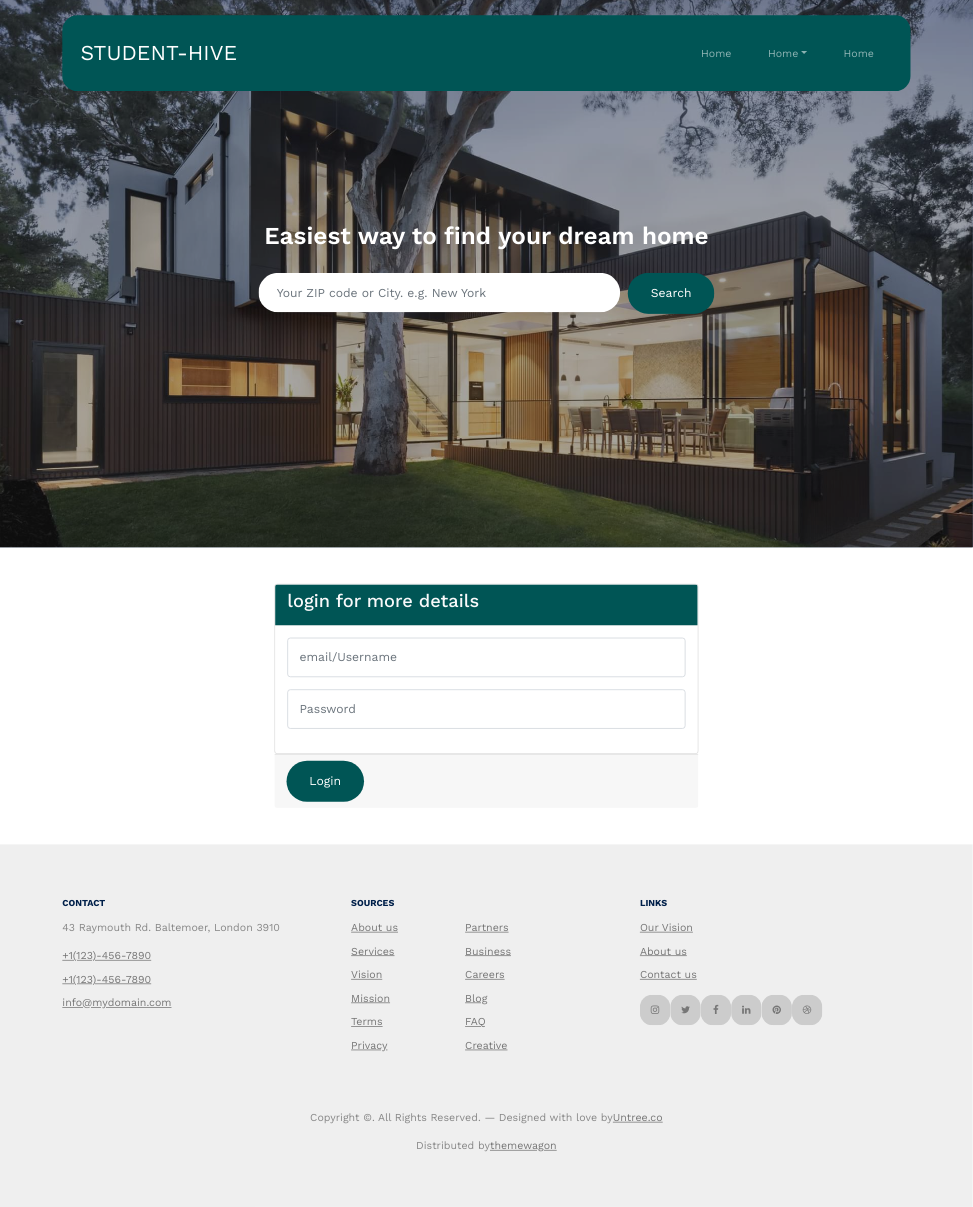
Repository: Farhan0021/Rentalproject
Page: /seeker/login (app in front/)
These files come from the project's save history. The page is drawn as it stood at one moment and after the next save; the edit follows.
The browser window is 1280 px wide. The pictures show the whole page, at 76% of full size.
The project was rebuilt for these pictures with package versions that can differ from the ones it lists, and the page was loaded fresh each time. Also part of the build but not shown: front/vite.config.js, front/src/pages/Home.jsx, front/src/schema/SeekerSignupSchema.jsx, front/src/pages/seekers/Signup.jsx, front/src/pages/owner/Login.jsx, front/src/schema/OwnerSignupSchema.jsx, front/src/pages/owner/Signup.jsx.

Above is the page before, as saved 2025-04-30 12:17:33.
Console error: TypeError: Cannot read properties of null (reading 'style')

### front/index.html
<!doctype html>
<html lang="en">
  <head>
    <meta charset="UTF-8" />
    <link rel="icon" type="image/svg+xml" href="/vite.svg" />
    <meta name="viewport" content="width=device-width, initial-scale=1.0" />
    <title>Vite + React</title>
    <link rel="preconnect" href="https://fonts.googleapis.com" />
    <link rel="preconnect" href="https://fonts.gstatic.com" crossorigin />
    <link
      href="https://fonts.googleapis.com/css2?family=Work+Sans:wght@400;500;600;700&display=swap"
      rel="stylesheet"
    />

    <link rel="stylesheet" href="/Assets/fonts/icomoon/style.css" />
    <link rel="stylesheet" href="/Assets/fonts/flaticon/font/flaticon.css" />

    <link rel="stylesheet" href="/Assets/css/tiny-slider.css" />
    <link rel="stylesheet" href="/Assets/css/aos.css" />
    <link rel="stylesheet" href="/Assets/css/style.css" />
  </head>
  <body>
    <div id="root"></div>
    <script type="module" src="/src/main.jsx"></script>

    <script src="/Assets/js/bootstrap.bundle.min.js"></script>
    <script src="/Assets/js/tiny-slider.js"></script>
    <script src="/Assets/js/aos.js"></script>
    <script src="/Assets/js/navbar.js"></script>
    <script src="/Assets/js/counter.js"></script>
    <script src="/Assets/js/custom.js"></script>
  </body>
  </body>
</html>

### front/src/main.jsx
import { StrictMode } from 'react'
import { createRoot } from 'react-dom/client'
import App from './App'
import { BrowserRouter } from 'react-router-dom'


createRoot(document.getElementById('root')).render(
  <StrictMode>
    <BrowserRouter>
    <App />
    </BrowserRouter>
  </StrictMode>,
)

### front/src/App.jsx
import React from 'react'
import HeaderNew from './components/HeaderNew'
import Slider from './components/Slider'
import Footer from './components/Footer'
import AllRoutes from './routes/AllRoutes'

const App = () => {
  return (
    <>

    {/* <Header/> */}
    <HeaderNew/>
    <Slider/>
    <AllRoutes/>
    <Footer/>

     </>
  )
}

export default App

### front/src/components/HeaderNew.jsx
import React from'react'
import {NavLink} from 'react-router-dom'

const HeaderNew = () => {
    return (

    <div className="container fixed-top" style={{top:"20px" }}>
     <nav className='navbar navbar-expand-sm navbar-dark bg-green p-4' style={{borderRadius : "20px"}}>
          <NavLink className="navbar-brand" style={{fontSize : "28px"}} to='/'>STUDENT-HIVE</NavLink>
              <button className='navbar-toggler' data-bs-toggle="collapse" data-bs-target="#menu"
>
                   <span className='navbar-toggler-icon'></span>
             </button>
             <div className='collapse navbar-collapse justify-content-end' id='menu'>
                <ul className='nav navbar-nav'>

                    <li className='nav-item '>
                        <NavLink className="nav-link px-4 " to="/">Home</NavLink>
                    </li>
                    <li className='nav-item dropdown'>
                        <NavLink className="nav-link px-4 dropdown-toggle" to="/">Home</NavLink>
                    </li>
                    <li className='nav-item'>
                        <NavLink className="nav-link px-4" to="/">Home</NavLink>
                    </li>

                </ul>
             </div>

             </nav>
       </div>
    )
}

export default HeaderNew

### front/src/components/Slider.jsx
import React from 'react'

const Slider = () => {
    return (
        <div className="hero">
        <div className="hero-slide">
          <div
            className="img overlay"
            style={{backgroundImage: "url('/Assets/images/hero_bg_3.jpg')"}}
          ></div>

        </div>

        <div className="container">
          <div className="row justify-content-center align-items-center">
            <div className="col-lg-9 text-center">
              <h1 className="heading" data-aos="fade-up">
                Easiest way to find your dream home
              </h1>
              <form
                action="#"
                className="narrow-w form-search d-flex align-items-stretch mb-3"
                data-aos="fade-up"
                data-aos-delay="200"
              >
                <input
                  type="text"
                  className="form-control px-4"
                  placeholder="Your ZIP code or City. e.g. New York"
                />
                <button type="submit" className="btn btn-primary">Search</button>
              </form>
            </div>
          </div>
        </div>
      </div>

    )
}
export default Slider

### front/src/components/Footer.jsx
import React from 'react'

const Footer = () => {
    return (
        <div className="site-footer">
        <div className="container">
          <div className="row">
            <div className="col-lg-4">
              <div className="widget">
                <h3>Contact</h3>
                <address>43 Raymouth Rd. Baltemoer, London 3910</address>
                <ul className="list-unstyled links">
                  <li><a href="tel://11234567890">+1(123)-456-7890</a></li>
                  <li><a href="tel://11234567890">+1(123)-456-7890</a></li>
                  <li>
                    <a href="mailto:info@mydomain.com">info@mydomain.com</a>
                  </li>
                </ul>
              </div>

            </div>

            <div className="col-lg-4">
              <div className="widget">
                <h3>Sources</h3>
                <ul className="list-unstyled float-start links">
                  <li><a href="#">About us</a></li>
                  <li><a href="#">Services</a></li>
                  <li><a href="#">Vision</a></li>
                  <li><a href="#">Mission</a></li>
                  <li><a href="#">Terms</a></li>
                  <li><a href="#">Privacy</a></li>
                </ul>
                <ul className="list-unstyled float-start links">
                  <li><a href="#">Partners</a></li>
                  <li><a href="#">Business</a></li>
                  <li><a href="#">Careers</a></li>
                  <li><a href="#">Blog</a></li>
                  <li><a href="#">FAQ</a></li>
                  <li><a href="#">Creative</a></li>
                </ul>
              </div>

            </div>

            <div className="col-lg-4">
              <div className="widget">
                <h3>Links</h3>
                <ul className="list-unstyled links">
                  <li><a href="#">Our Vision</a></li>
                  <li><a href="#">About us</a></li>
                  <li><a href="#">Contact us</a></li>
                </ul>

                <ul className="list-unstyled social">
                  <li>
                    <a href="#"><span className="icon-instagram"></span></a>
                  </li>
                  <li>
                    <a href="#"><span className="icon-twitter"></span></a>
                  </li>
                  <li>
                    <a href="#"><span className="icon-facebook"></span></a>
                  </li>
                  <li>
                    <a href="#"><span className="icon-linkedin"></span></a>
                  </li>
                  <li>
                    <a href="#"><span className="icon-pinterest"></span></a>
                  </li>
                  <li>
                    <a href="#"><span className="icon-dribbble"></span></a>
                  </li>
                </ul>
              </div>

            </div>

          </div>


          <div className="row mt-5">
            <div className="col-12 text-center">


              <p>
                Copyright &copy;
                <script>
                  document.write(new Date().getFullYear());
                </script>
                . All Rights Reserved. &mdash; Designed with love by
                <a href="https://untree.co">Untree.co</a>

              </p>
              <div>
                Distributed by
                <a href="https://themewagon.com/" target="_blank">themewagon</a>
              </div>
            </div>
          </div>
        </div>

      </div>

    )
}
export default Footer

### front/src/routes/AllRoutes.jsx
import React from 'react'
import { Routes, Route } from 'react-router-dom'
import {
    Home,
SeekerLogin,
SeekerSignup,
OwnerLogin,
OwnerSignup,
} from '../pages'

const AllRoutes = () => {
    return(
        <>
        <Routes>
            <Route path='' element= { <Home/>}/>
            <Route path='seeker/login' element={<SeekerLogin/>}/>
            <Route path='seeker/Signup' element={<SeekerSignup/>}/>

            <Route path='owner/Login' element={<OwnerLogin/>}/>
            <Route path='owner/Signup' element={<OwnerSignup/>}/>
        </Routes>

     </>

    )
}
export default AllRoutes

### front/src/pages/index.jsx
import Home from "./Home";
import SeekerLogin from "./seekers/Login"
import SeekerSignup from "./seekers/Signup";
import OwnerLogin from "./owner/Login"
import OwnerSignup from "./owner/Signup"

export {Home,SeekerLogin,SeekerSignup,OwnerLogin,OwnerSignup};

### front/src/pages/seekers/Login.jsx
import React, { useEffect } from 'react'

const Login = () => {
  useEffect(()=>{
    window.scroll(0,0);
  },[])

    return (
        <div className="container" style={{minHeigh : "700px"}}>

        <div className="row"></div>
        <div className="col-md-6 offset-md-3 my-5">

         <div className="card">
            <div className="card-header bg-green">
                <h4 className='text-light'>login for more details</h4>
            </div>
            <div className="card-body">

              <div className="row">

                </div>
                <div className="col-12 mb-3">
                  <input
                    type="text"
                    className="form-control"
                    placeholder="email/Username"
                  />
                </div>
                <div className="col-12 mb-3">
                  <input
                    type="Password"
                    className="form-control"
                    placeholder="Password"
                  />
                </div>



              </div>

            </div>
            <div className="card-footer">
            <div className="col-12">
                  <input
                    type="submit"
                    value="Login"
                    className="btn btn-primary"
                  />
                </div>
            </div>
         </div>
        </div>

    )
}

export default Login

### front/public/Assets/css/tiny-slider.css
.tns-outer{padding:0 !important}.tns-outer [hidden]{display:none !important}.tns-outer [aria-controls],.tns-outer [data-action]{cursor:pointer}.tns-slider{-webkit-transition:all 0s;-moz-transition:all 0s;transition:all 0s}.tns-slider>.tns-item{-webkit-box-sizing:border-box;-moz-box-sizing:border-box;box-sizing:border-box}.tns-horizontal.tns-subpixel{white-space:nowrap}.tns-horizontal.tns-subpixel>.tns-item{display:inline-block;vertical-align:top;white-space:normal}.tns-horizontal.tns-no-subpixel:after{content:'';display:table;clear:both}.tns-horizontal.tns-no-subpixel>.tns-item{float:left}.tns-horizontal.tns-carousel.tns-no-subpixel>.tns-item{margin-right:-100%}.tns-no-calc{position:relative;left:0}.tns-gallery{position:relative;left:0;min-height:1px}.tns-gallery>.tns-item{position:absolute;left:-100%;-webkit-transition:transform 0s, opacity 0s;-moz-transition:transform 0s, opacity 0s;transition:transform 0s, opacity 0s}.tns-gallery>.tns-slide-active{position:relative;left:auto !important}.tns-gallery>.tns-moving{-webkit-transition:all 0.25s;-moz-transition:all 0.25s;transition:all 0.25s}.tns-autowidth{display:inline-block}.tns-lazy-img{-webkit-transition:opacity 0.6s;-moz-transition:opacity 0.6s;transition:opacity 0.6s;opacity:0.6}.tns-lazy-img.tns-complete{opacity:1}.tns-ah{-webkit-transition:height 0s;-moz-transition:height 0s;transition:height 0s}.tns-ovh{overflow:hidden}.tns-visually-hidden{position:absolute;left:-10000em}.tns-transparent{opacity:0;visibility:hidden}.tns-fadeIn{opacity:1;filter:alpha(opacity=100);z-index:0}.tns-normal,.tns-fadeOut{opacity:0;filter:alpha(opacity=0);z-index:-1}.tns-vpfix{white-space:nowrap}.tns-vpfix>div,.tns-vpfix>li{display:inline-block}.tns-t-subp2{margin:0 auto;width:310px;position:relative;height:10px;overflow:hidden}.tns-t-ct{width:2333.3333333%;width:-webkit-calc(100% * 70 / 3);width:-moz-calc(100% * 70 / 3);width:calc(100% * 70 / 3);position:absolute;right:0}.tns-t-ct:after{content:'';display:table;clear:both}.tns-t-ct>div{width:1.4285714%;width:-webkit-calc(100% / 70);width:-moz-calc(100% / 70);width:calc(100% / 70);height:10px;float:left}

### front/public/Assets/js/counter.js
(function () {

	'use trict';
// How long you want the animation to take, in ms
const animationDuration = 2000;
// Calculate how long each ‘frame’ should last if we want to update the animation 60 times per second
const frameDuration = 1000 / 60;
// Use that to calculate how many frames we need to complete the animation
const totalFrames = Math.round( animationDuration / frameDuration );
// An ease-out function that slows the count as it progresses
const easeOutQuad = t => t * ( 2 - t );


const numberWithCommas = n => {
	return n.toString().replace(/\B(?=(\d{3})+(?!\d))/g, ',');
}

// The animation function, which takes an Element
const animateCountUp = el => {
	let frame = 0;
	const countTo = parseInt( el.innerHTML, 10 );
	// Start the animation running 60 times per second
	const counter = setInterval( () => {
		frame++;
		// Calculate our progress as a value between 0 and 1
		// Pass that value to our easing function to get our
		// progress on a curve
		const progress = easeOutQuad( frame / totalFrames );
		// Use the progress value to calculate the current count
		const currentCount = Math.round( countTo * progress );

		// If the current count has changed, update the element
		if ( parseInt( el.innerHTML, 10 ) !== currentCount ) {
			el.innerHTML = numberWithCommas(currentCount);
		}

		// If we’ve reached our last frame, stop the animation
		if ( frame === totalFrames ) {
			clearInterval( counter );
		}
	}, frameDuration );
};

// Run the animation on all elements with a class of ‘countup’
const runAnimations = () => {
	const countupEls = document.querySelectorAll( '.countup' );
	countupEls.forEach( animateCountUp );
};




// In Viewed
var elements;
var windowHeight;

function init() {
	elements = document.querySelectorAll('.section-counter');
	windowHeight = window.innerHeight;
}

function checkPosition() {
	var i;
	for (i = 0; i < elements.length; i++) {
		var element = elements[i];
		var positionFromTop = elements[i].getBoundingClientRect().top;
		if (positionFromTop - windowHeight <= 0) {
			if( !element.classList.contains('viewed') ) {
				element.classList.add('viewed');
				runAnimations();
			} else {
				if ( element.classList.contains('viewed') ) {

				}
			}

		}
	}
}

window.addEventListener('scroll', checkPosition);
window.addEventListener('resize', init);

init();
checkPosition();


})()

### front/public/Assets/js/custom.js
(function () {

	'use strict'


	AOS.init({
		duration: 800,
		easing: 'slide',
		once: true
	});

	var preloader = function() {

		var loader = document.querySelector('.loader');
		var overlay = document.getElementById('overlayer');

		function fadeOut(el) {
			el.style.opacity = 1;
			(function fade() {
				if ((el.style.opacity -= .1) < 0) {
					el.style.display = "none";
				} else {
					requestAnimationFrame(fade);
				}
			})();
		};

		setTimeout(function() {
			fadeOut(loader);
			fadeOut(overlay);
		}, 200);
	};
	preloader();


	var tinySdlier = function() {

		var heroSlider = document.querySelectorAll('.hero-slide');
		var propertySlider = document.querySelectorAll('.property-slider');
		var imgPropertySlider = document.querySelectorAll('.img-property-slide');
		var testimonialSlider = document.querySelectorAll('.testimonial-slider');


		if ( heroSlider.length > 0 ) {
			var tnsHeroSlider = tns({
				container: '.hero-slide',
				mode: 'carousel',
				speed: 700,
				autoplay: true,
				controls: false,
				nav: false,
				autoplayButtonOutput: false,
				controlsContainer: '#hero-nav',
			});
		}


		if ( imgPropertySlider.length > 0 ) {
			var tnsPropertyImageSlider = tns({
				container: '.img-property-slide',
				mode: 'carousel',
				speed: 700,
				items: 1,
				gutter: 30,
				autoplay: true,
				controls: false,
				nav: true,
				autoplayButtonOutput: false
			});
		}

		if ( propertySlider.length> 0 ) {
			var tnsSlider = tns({
				container: '.property-slider',
				mode: 'carousel',
				speed: 700,
				gutter: 30,
				items: 3,
				autoplay: true,
				autoplayButtonOutput: false,
				controlsContainer: '#property-nav',
				responsive: {
					0: {
						items: 1
					},
					700: {
						items: 2
					},
					900: {
						items: 3
					}
				}
			});
		}


		if ( testimonialSlider.length> 0 ) {
			var tnsSlider = tns({
				container: '.testimonial-slider',
				mode: 'carousel',
				speed: 700,
				items: 3,
				gutter: 50,
				autoplay: true,
				autoplayButtonOutput: false,
				controlsContainer: '#testimonial-nav',
				responsive: {
					0: {
						items: 1
					},
					700: {
						items: 2
					},
					900: {
						items: 3
					}
				}
			});
		}
	}
	tinySdlier();



})()

Loaded but not shown: front/public/Assets/fonts/icomoon/style.css (common file); front/public/Assets/fonts/flaticon/font/flaticon.css (common file); front/public/Assets/css/aos.css (library); front/public/Assets/css/style.css (library); front/public/Assets/js/bootstrap.bundle.min.js (library); front/public/Assets/js/aos.js (library); front/public/Assets/js/tiny-slider.js (3208 lines, source omitted); front/public/Assets/js/navbar.js (90 lines, source omitted)

After the next save:
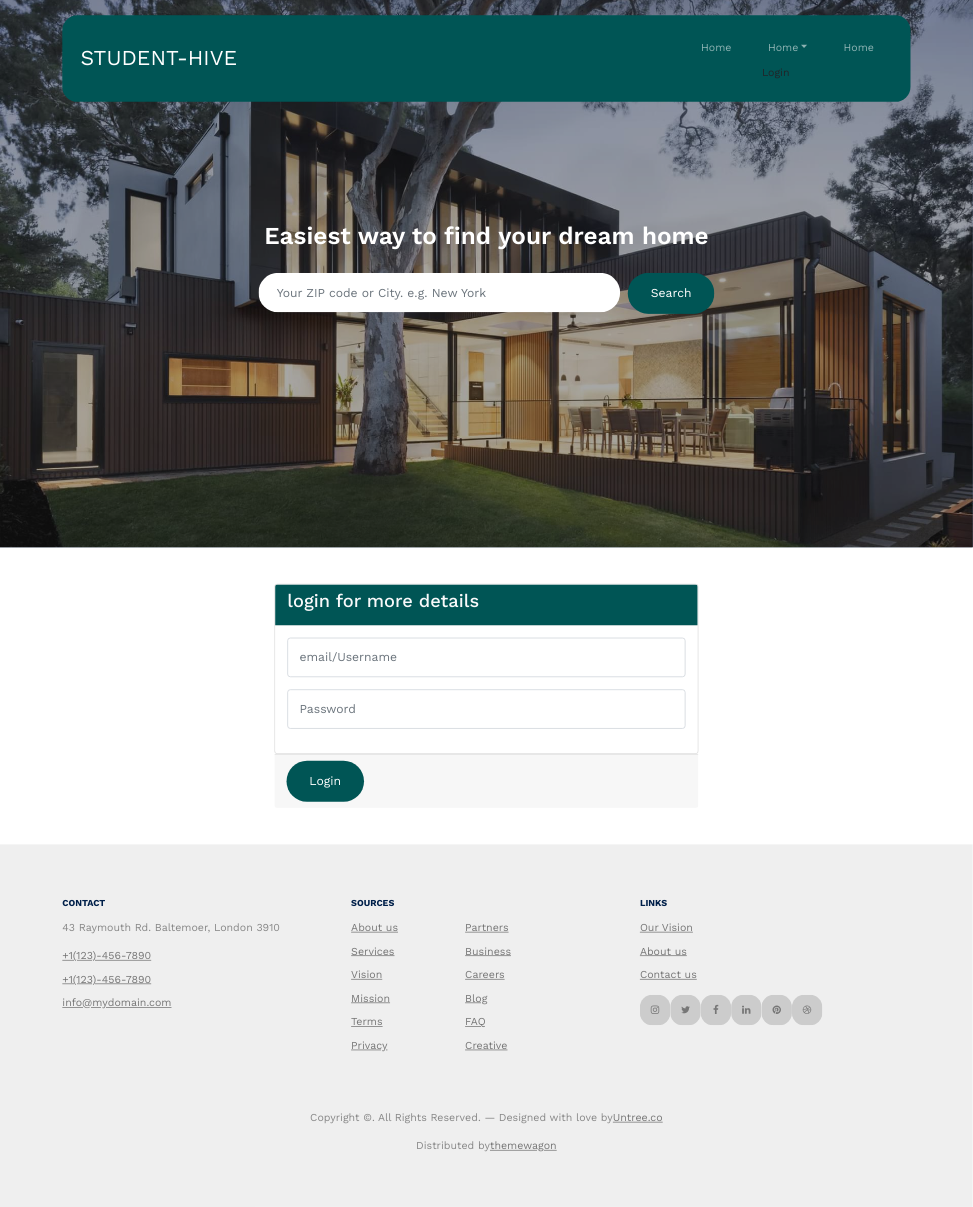
Saved 106 s later.
--- a/front/src/components/HeaderNew.jsx
+++ b/front/src/components/HeaderNew.jsx
@@ -19,6 +19,8 @@
                     </li>
                     <li className='nav-item dropdown'>
                         <NavLink className="nav-link px-4 dropdown-toggle" to="/">Home</NavLink>
+                        <div className="dropdown-item" to="">Login</div>
+
                     </li>
                     <li className='nav-item'>
                         <NavLink className="nav-link px-4" to="/">Home</NavLink>

After the save that followed:
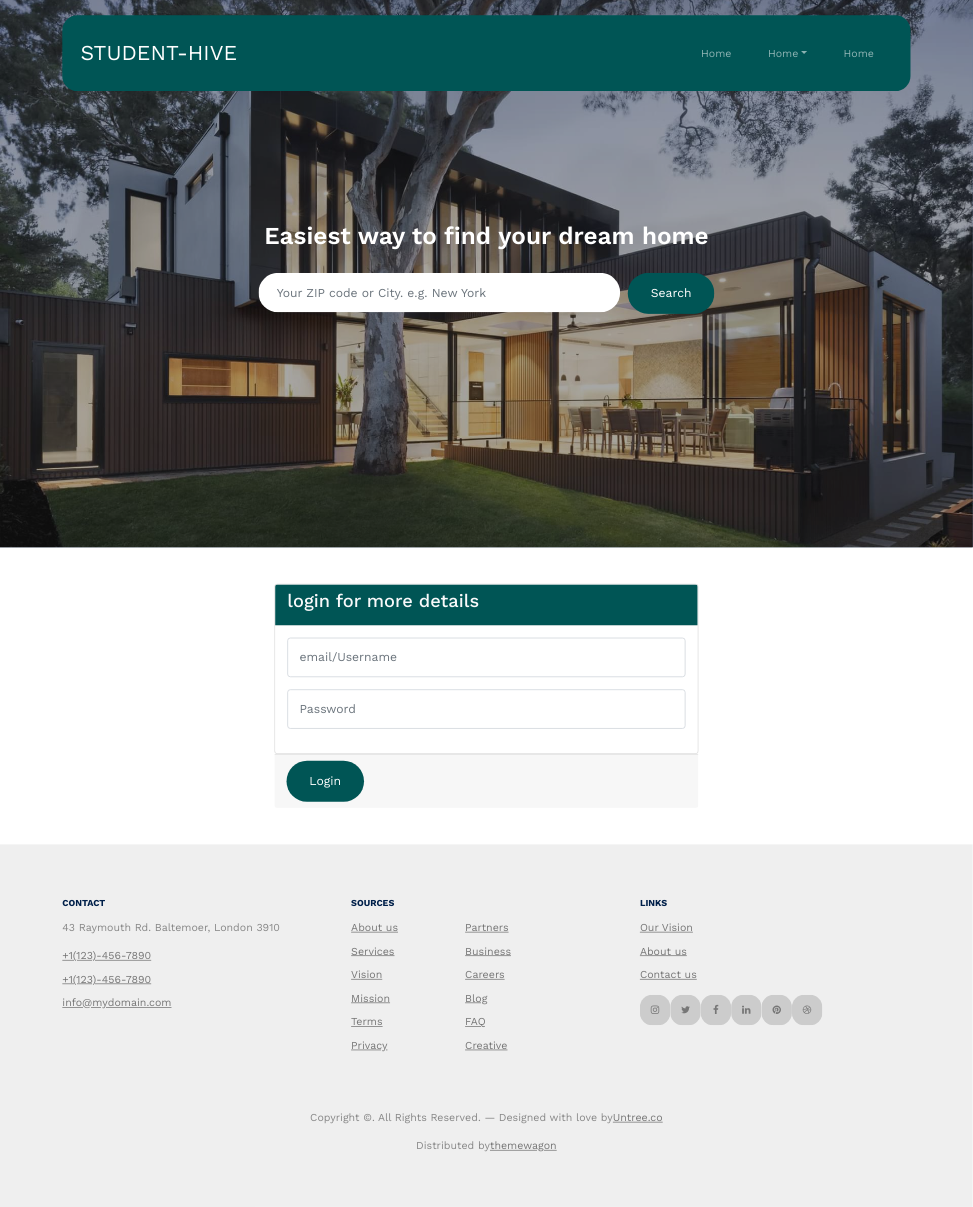
Saved 2 min 7 s later.
--- a/front/src/components/HeaderNew.jsx
+++ b/front/src/components/HeaderNew.jsx
@@ -19,7 +19,9 @@
                     </li>
                     <li className='nav-item dropdown'>
                         <NavLink className="nav-link px-4 dropdown-toggle" to="/">Home</NavLink>
-                        <div className="dropdown-item" to="">Login</div>
+                        <div className="dropdown-menu" >
+                            <NavLink className="dropdown-item" to="">Login</NavLink>
+                        </div>
 
                     </li>
                     <li className='nav-item'>
